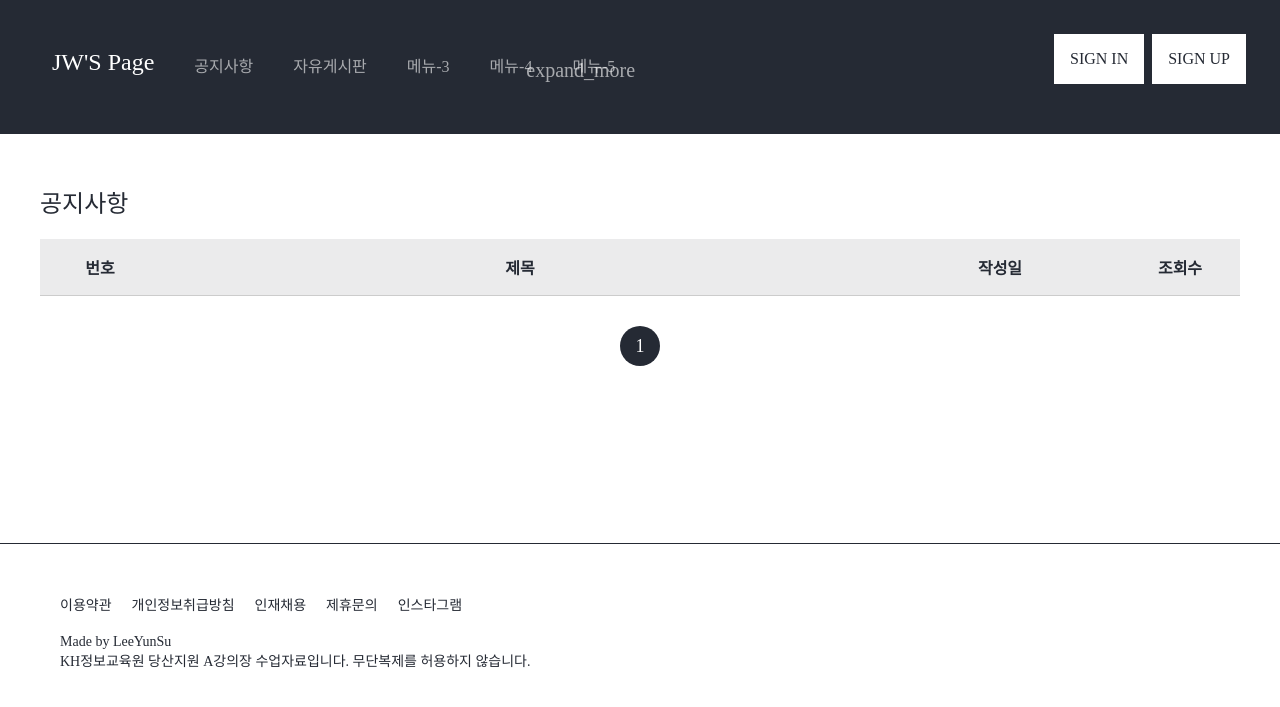
Repository: JWbase/Web_JAVA
Page: http://localhost/07_mvc2WebProject3/noticeList.do?reqPage=1
These files come from the project's save history. The page is drawn as it stood at one moment and after the next save; the edit follows.
The browser window is 1280 px wide. The pictures show the whole page.
Some web fonts or font styles are not loaded; a fallback is used. The page is served by Tomcat 9. Queries for data that is not in the repository find no rows.

Above is the page before, as saved 2022-09-14 06:57:35.

After the next save:
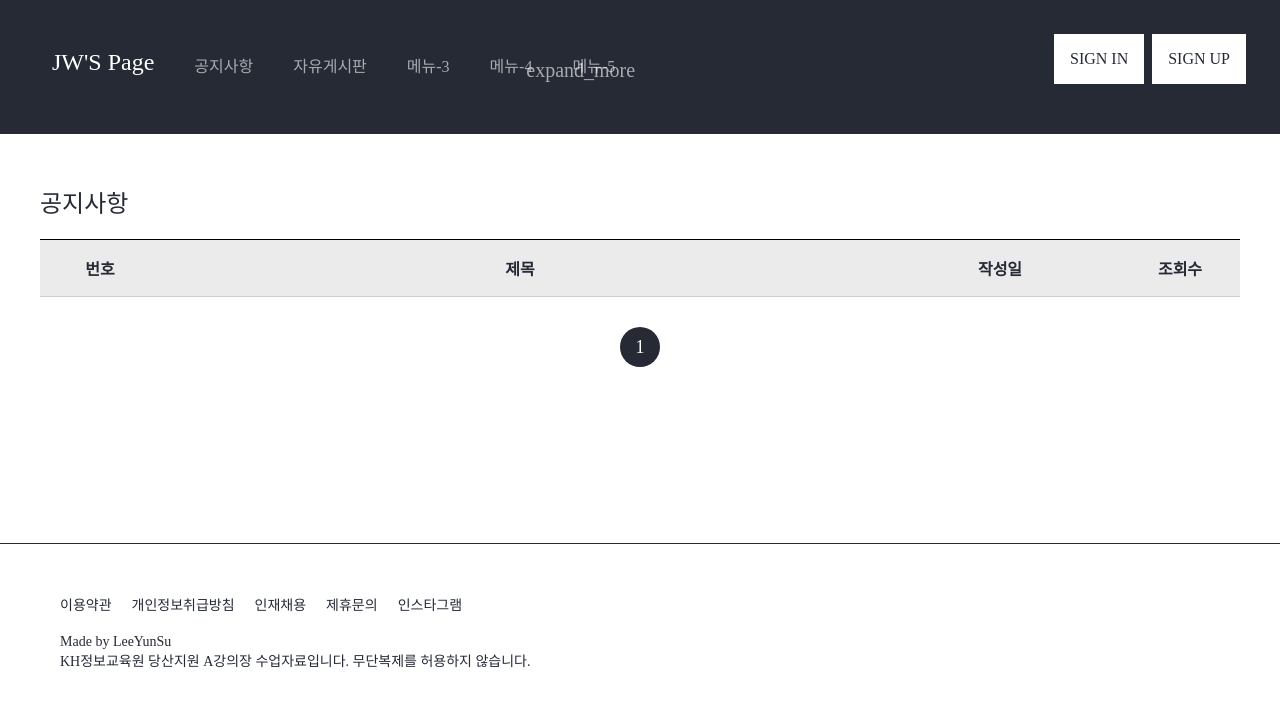
Saved 93 s later.
--- a/07_mvc2WebProject3/src/main/webapp/WEB-INF/views/notice/noticeList.jsp
+++ b/07_mvc2WebProject3/src/main/webapp/WEB-INF/views/notice/noticeList.jsp
@@ -18,6 +18,7 @@ String pageNavi = (String) request.getAttribute("pageNavi");
 
 .notice-tbl tr {
 	border-bottom: 1px solid #ccc;
+	border-top : 1px solid black;
 }
 
 .notice-tbl tr>td:nth-child(2) {
